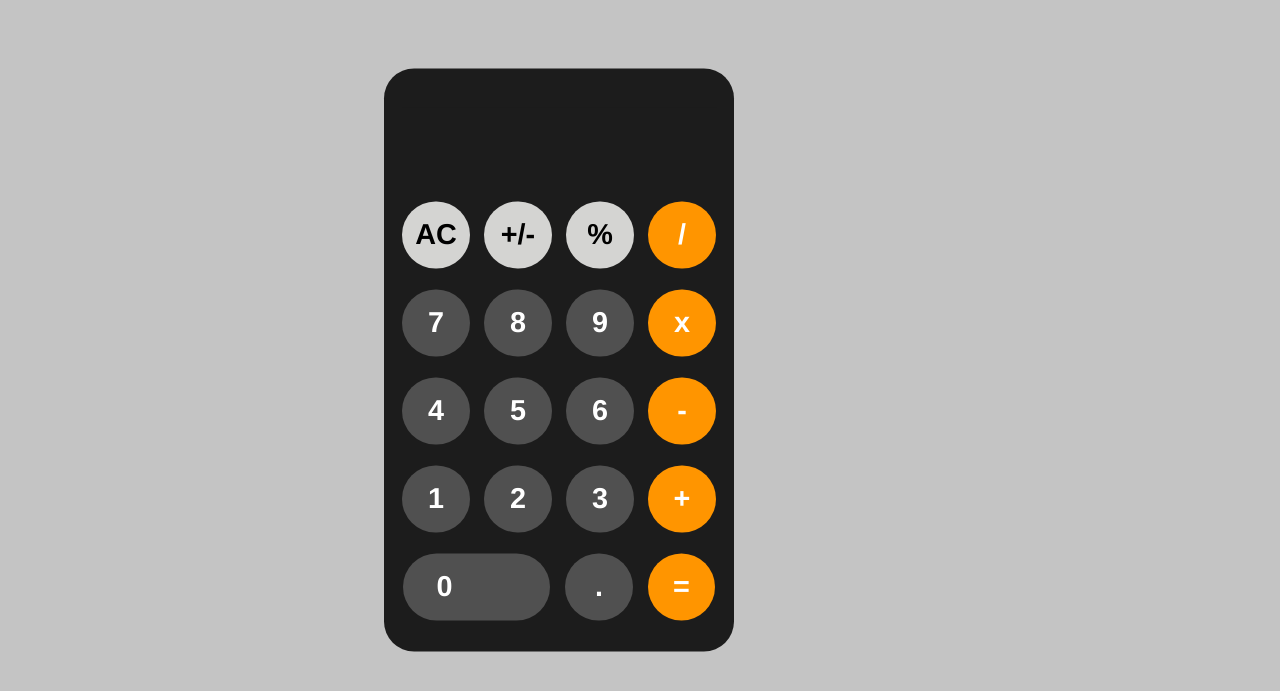
Repository: raulpenate/Calculadora-VUE3
Page: /
An editor plug-in stored every save of this project. The page is shown before and after the next save, followed by the edit.
The browser window is 1280 px wide. The pictures show the whole page.
The project was rebuilt for these pictures with package versions that can differ from the ones it lists, and the page was loaded fresh each time.

Above is the page before, as saved 2022-03-12 07:42:24.

After the next save:
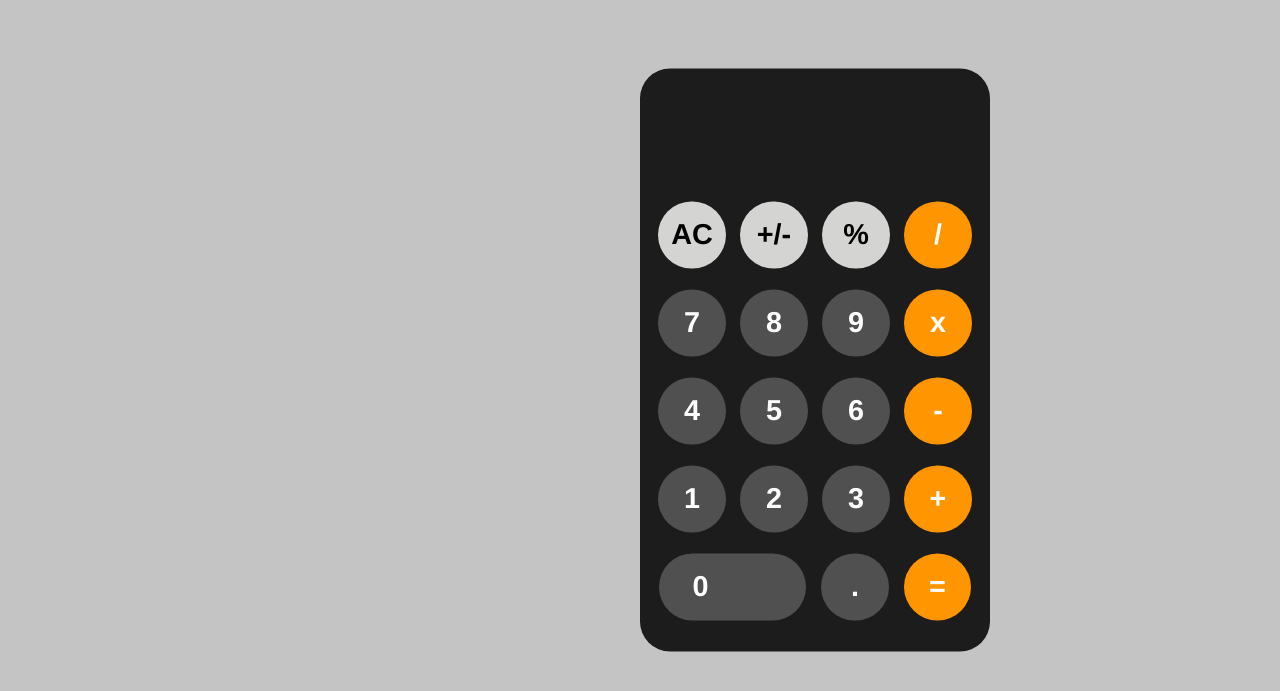
Saved 7 s later.
--- a/src/App.vue
+++ b/src/App.vue
@@ -21,8 +21,11 @@ body{
 #app {
   font-family: Avenir, Helvetica, Arial, sans-serif;
   display: flex;
+  justify-content: center;
+  align-items: center;
    position: absolute;
   top: 50%;
+  left: 50%;
   -ms-transform: translateY(-50%);
   transform: translateY(-50%);
 }
